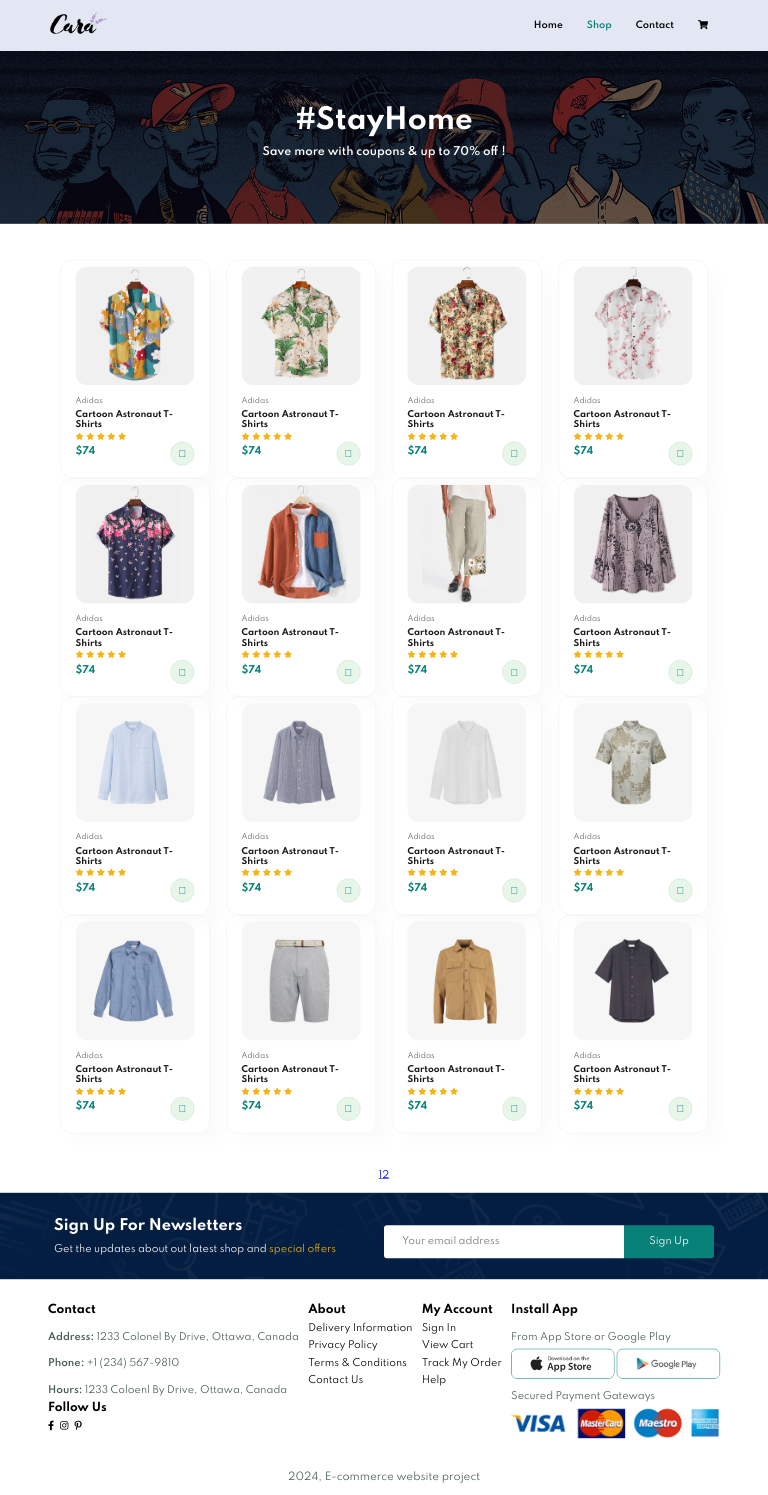
Repository: Daryllgio/E-Commerce-Website-UI
Page: shop.html
An editor plug-in stored every save of this project. The page is shown before and after the next save, followed by the edit.
The browser window is 1280 px wide. The pictures show the whole page, at 60% of full size.
Some icons come from a web library that is not loaded, so they are not drawn. Some web libraries are served in a nearby version.

Above is the page before, as saved 2025-01-01 09:58:32.

After the next save:
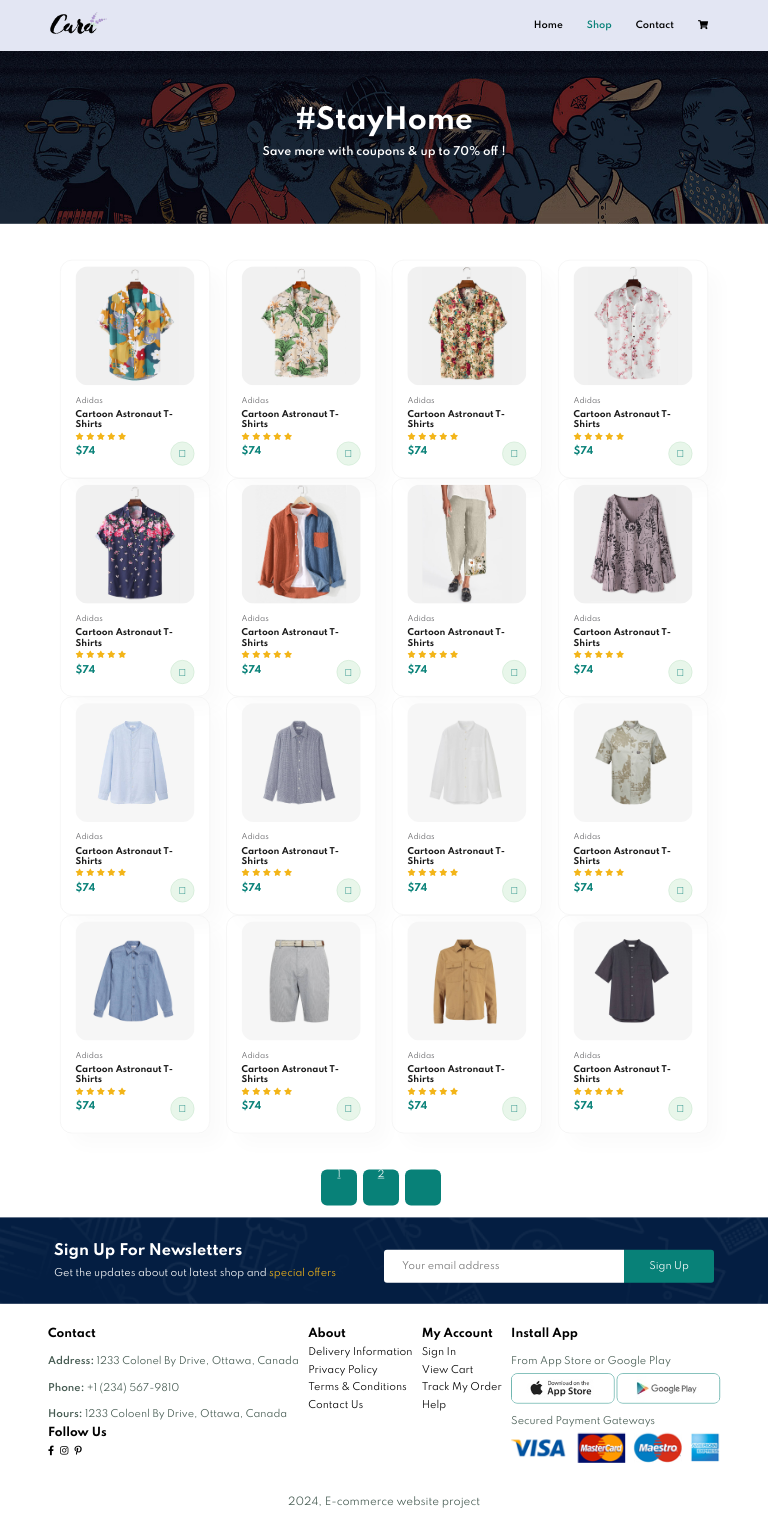
Saved 20 s later.
--- a/style.css
+++ b/style.css
@@ -555,7 +555,7 @@ body {
   margin-bottom: 20px;
 }
 
-#ShopPagePagination button {
+#ShopPagePagination a {
   width: 60px;
   height: 60px;
   background-color: #088178;
